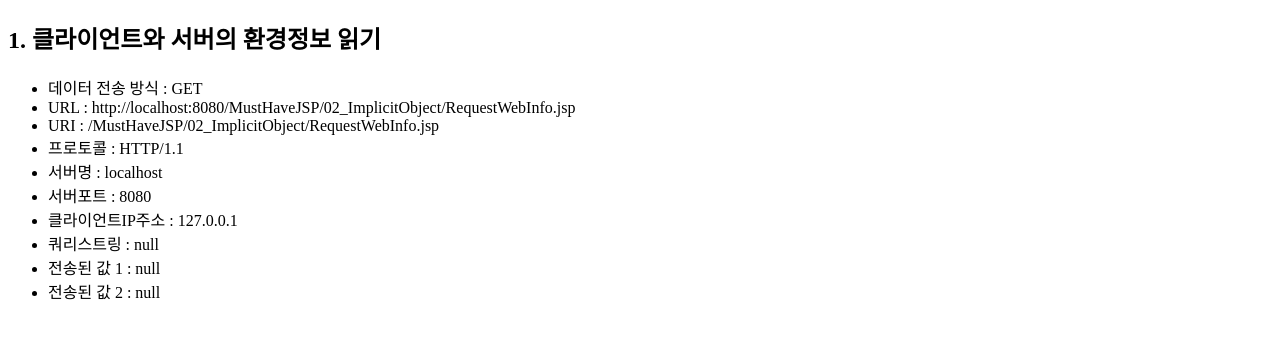
Repository: redi961/JSP_Studying
Page: http://localhost/MustHaveJSP/02_ImplicitObject/RequestWebInfo.jsp
These files come from the project's save history. The page is drawn as it stood at one moment and after the next save; the edit follows.
The browser window is 1280 px wide. The pictures show the whole page.
The page is served by Tomcat 9. Other server files are loaded and not shown.

Above is the page before, as saved 2022-10-11 01:17:39.

### MustHaveJSP/src/main/webapp/02_ImplicitObject/RequestWebInfo.jsp
<%@ page language="java" contentType="text/html; charset=UTF-8"
    pageEncoding="UTF-8"%>
<!DOCTYPE html>
<html>
<head><title>내장 객체 - request</title>
<meta charset="UTF-8">
</head>
<body>
	<h2>1. 클라이언트와 서버의 환경정보 읽기</h2>
	<ul>
		<li>데이터 전송 방식 : <%= request.getMethod()%></li>
		<li>URL : <%= request.getRequestURL()%></li>
		<li>URI : <%= request.getRequestURI()%></li>
		<li>프로토콜 : <%= request.getProtocol()%></li>
		<li>서버명 : <%= request.getServerName()%></li>
		<li>서버포트 : <%= request.getServerPort()%></li>
		<li>클라이언트IP주소 : <%= request.getRemoteAddr()%></li>
		<li>쿼리스트링 : <%= request.getQueryString() %></li>
		<li>전송된 값 1 : <%= request.getParameter("eng") %></li>
		<li>전송된 값 2 : <%= request.getParameter("han") %></li>
	</ul>
</body>
</html>

After the next save:
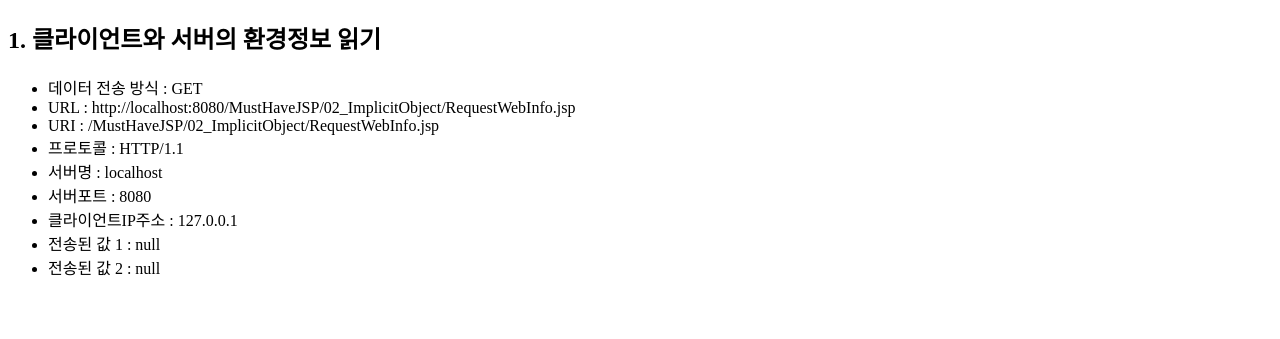
Saved 7 s later.
--- a/MustHaveJSP/src/main/webapp/02_ImplicitObject/RequestWebInfo.jsp
+++ b/MustHaveJSP/src/main/webapp/02_ImplicitObject/RequestWebInfo.jsp
@@ -15,7 +15,7 @@
 		<li>서버명 : <%= request.getServerName()%></li>
 		<li>서버포트 : <%= request.getServerPort()%></li>
 		<li>클라이언트IP주소 : <%= request.getRemoteAddr()%></li>
-		<li>쿼리스트링 : <%= request.getQueryString() %></li>
+
 		<li>전송된 값 1 : <%= request.getParameter("eng") %></li>
 		<li>전송된 값 2 : <%= request.getParameter("han") %></li>
 	</ul>
